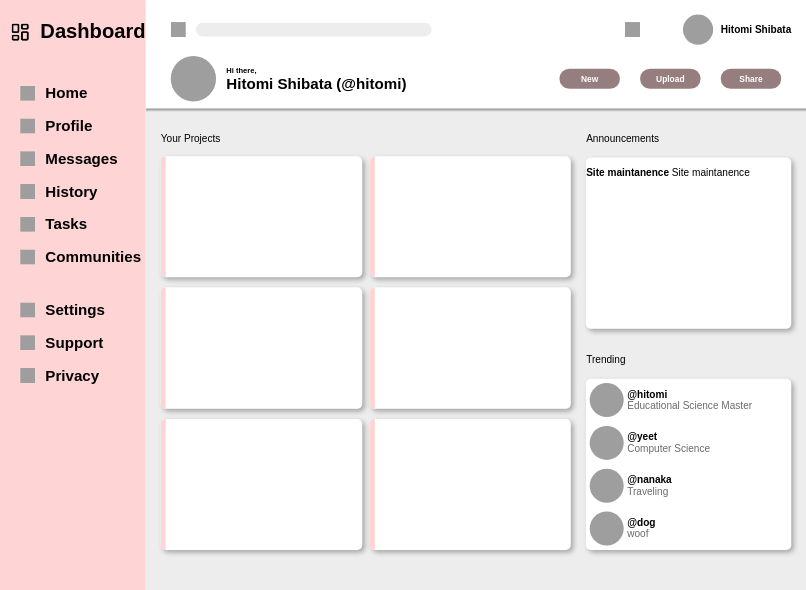
Repository: yeetzpxoci/dashboard
Page: index.html
These files come from the project's save history. The page is drawn as it stood at one moment and after the next save; the edit follows.
The browser window is 1280 px wide. The pictures show the whole page, at 63% of full size.
Pictures or frames that could not be fetched are drawn as grey boxes.

Above is the page before, as saved 2023-02-19 13:48:36.

After the next save:
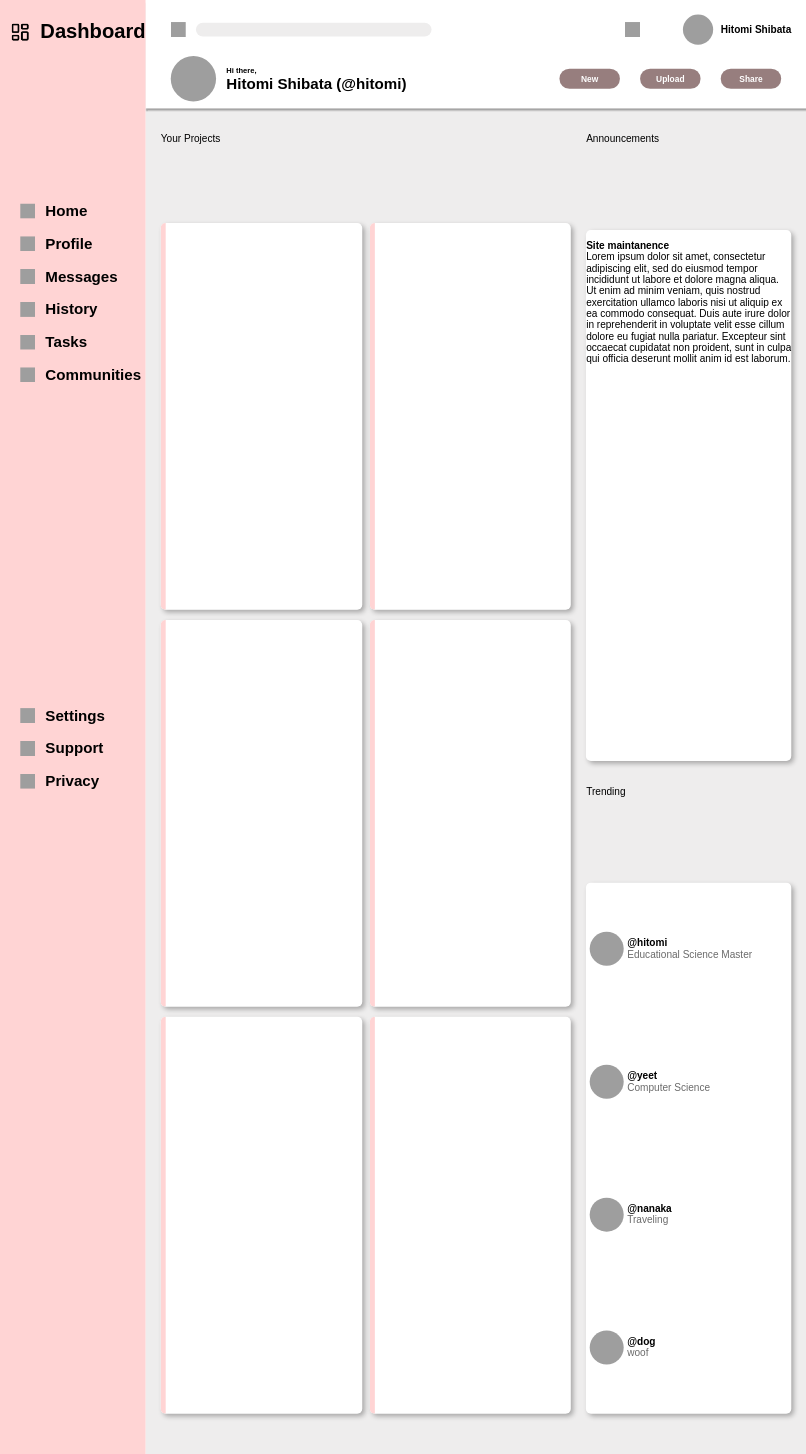
Saved 22 s later.
--- a/index.html
+++ b/index.html
@@ -128,9 +128,12 @@
         <div class="announcements-container">
             <p>Announcements</p>
             <div class="announcements">
-                <p>
-                    <span style="font-weight: bold;">Site maintanence</span>
-                    <span>Site maintanence</span>
+                <p class="announcement">
+                    <span style="font-weight: bold;">Site maintanence</span> <br>
+                    <span>Lorem ipsum dolor sit amet, consectetur adipiscing elit, sed do eiusmod tempor incididunt ut labore et dolore magna
+                    aliqua. Ut enim ad minim veniam, quis nostrud exercitation ullamco laboris nisi ut aliquip ex ea commodo consequat. Duis
+                    aute irure dolor in reprehenderit in voluptate velit esse cillum dolore eu fugiat nulla pariatur. Excepteur sint
+                    occaecat cupidatat non proident, sunt in culpa qui officia deserunt mollit anim id est laborum.</span>
                 </p>
             </div>
         </div>

After the save that followed:
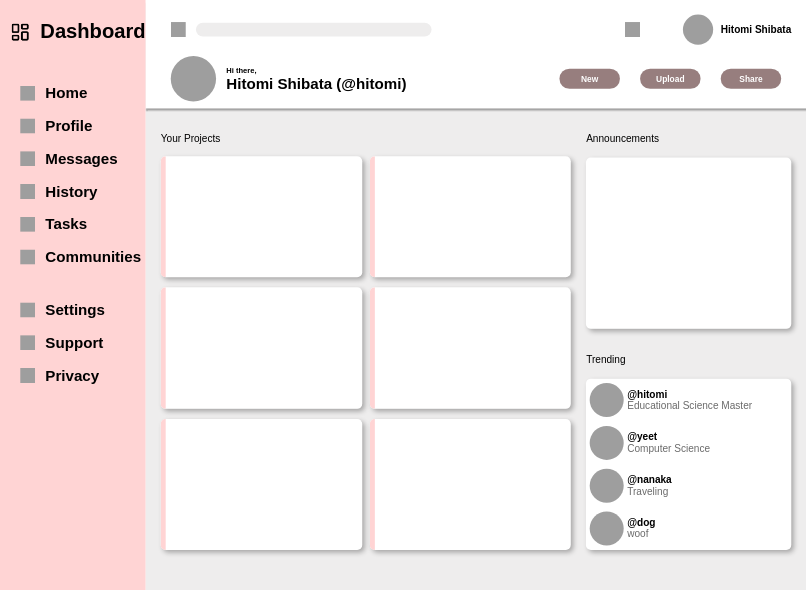
Saved 42 s later.
--- a/styles.css
+++ b/styles.css
@@ -209,7 +209,11 @@ button {
     border-radius: 8px;
     box-shadow: 4px 4px 8px rgb(0, 0, 0, 0.3);
     display: grid;
-    grid-template-rows: 3fr 1fr 3fr 1fr 3fr;
+    grid-template-rows: 16px 1fr 3fr 1fr 3fr;
+}
+
+.announcement {
+    overflow: hidden;
 }
 
 .trending-container {
@@ -262,7 +266,3 @@ button {
 .occupation {
     color: #6b6b6b;
 }
-
-.announcement {
-    overflow: hidden;
-}
